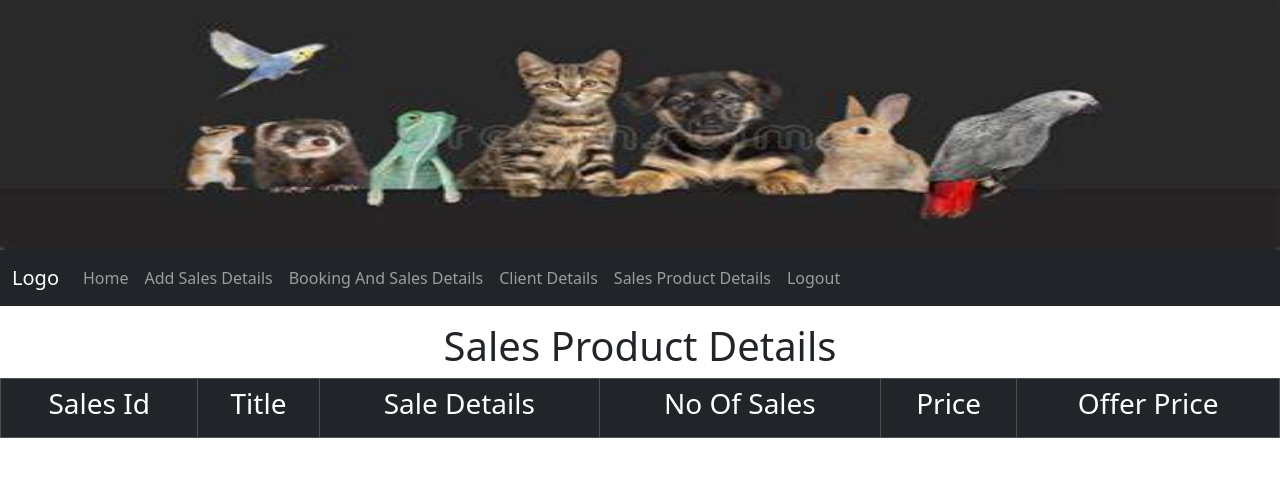
Repository: sangee123456/flowersanddogshop
Page: http://localhost/FlowersofNatureandFriendlyAnimals/WEB-INF/jsp/admin/salesproductdetails.jsp
These files come from the project's save history. The page is drawn as it stood at one moment and after the next save; the edit follows.
The browser window is 1280 px wide. The pictures show the whole page.
The page is served by Tomcat 9. Nobody is signed in. The template is opened directly, without the code that normally fills it, so the values that code supplies are empty.

Above is the page before, as saved 2026-03-31 10:01:19.

After the next save:
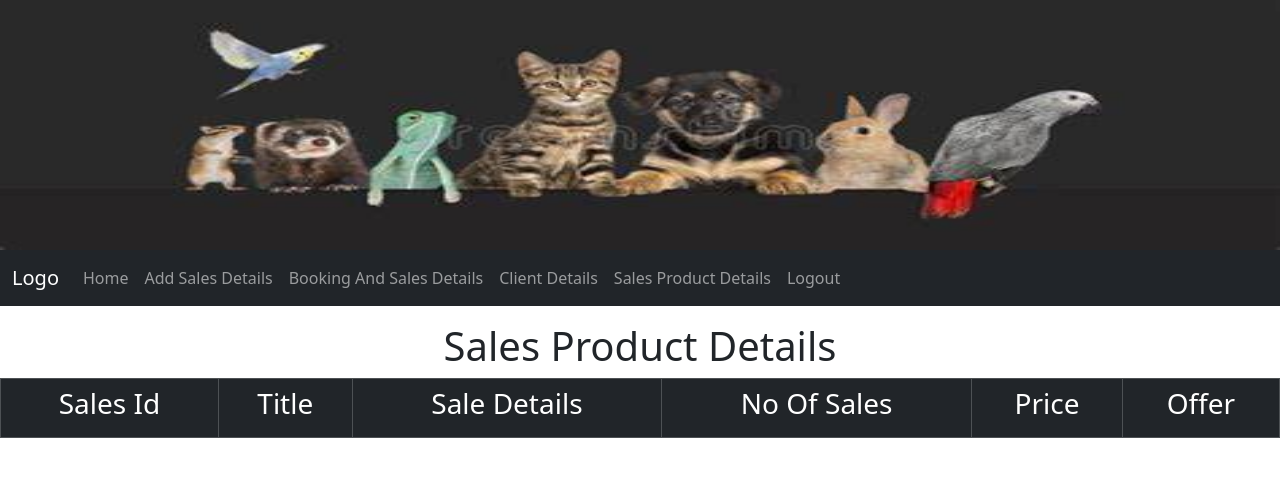
Saved 18 s later.
--- a/FlowersofNatureandFriendlyAnimals/FlowersofNatureandFriendlyAnimals/src/main/webapp/WEB-INF/jsp/admin/salesproductdetails.jsp
+++ b/FlowersofNatureandFriendlyAnimals/FlowersofNatureandFriendlyAnimals/src/main/webapp/WEB-INF/jsp/admin/salesproductdetails.jsp
@@ -56,7 +56,7 @@
 <td><h3>Sale Details</h3></td>
 <td><h3>No Of Sales</h3> </td>
 <td><h3>Price</h3></td>
-<td><h3>Offer Price</h3></td>
+<td><h3>Offer </h3></td>
 
 </tr>
 </thead>
